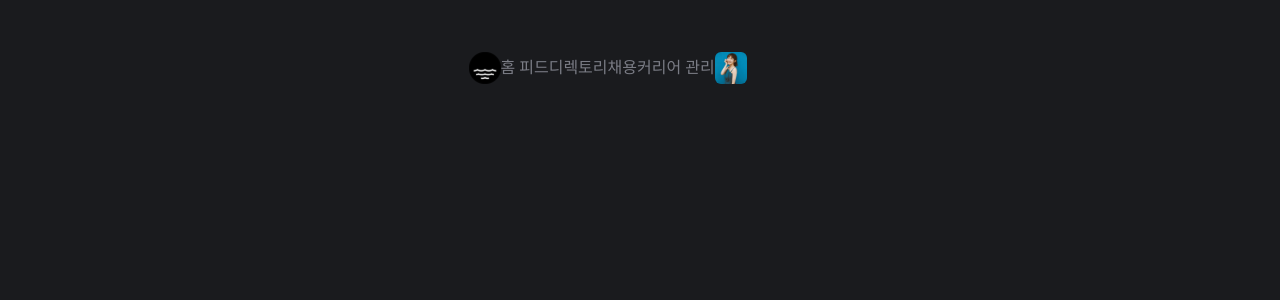
Repository: CDS-seminar-6/frontend
Page: /profile
The author's editor kept a copy of each file at every save. The page is drawn from the files as they stood at one save, then again after the next save.
The browser window is 1280 px wide. The pictures show the whole page.
The project was rebuilt for these pictures with package versions that can differ from the ones it lists, and the page was loaded fresh each time. Also part of the build but not shown: src/components/common/MenuList.jsx, src/pages/Profile.jsx.

Above is the page before, as saved 2022-05-25 15:22:04.

After the next save:
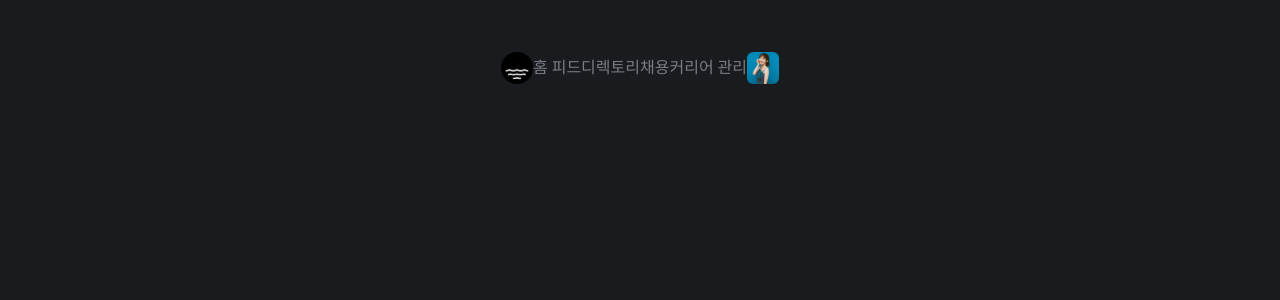
Saved 39 s later.
--- a/src/components/surfitProfile/Navbar.jsx
+++ b/src/components/surfitProfile/Navbar.jsx
@@ -7,7 +7,7 @@
 const NavContainer = styled.ul`
   display: flex;
   align-items: center;
-  align-content: space-between;
+  justify-content: center;
   list-style: none;
   width: 34.3rem;
   height: 3.2rem;
